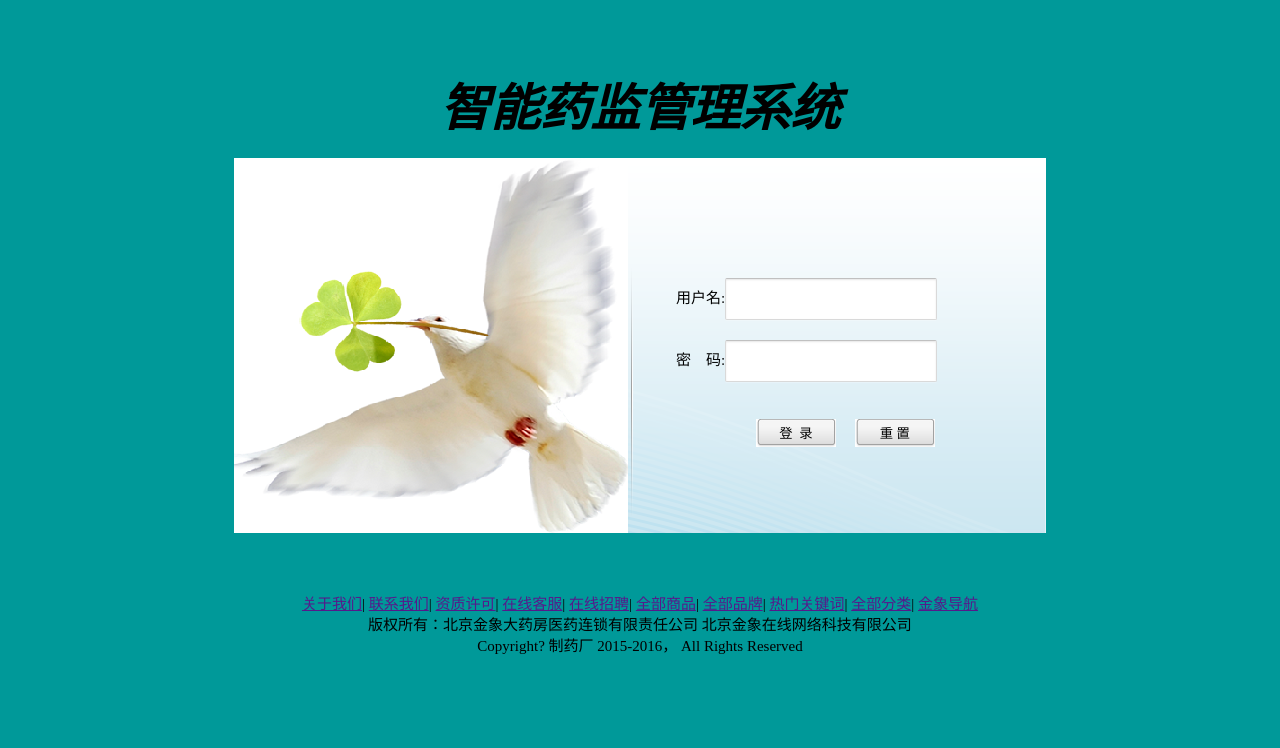
Repository: Shaoxubao/Java
Page: http://localhost/msm/login.jsp
These files come from the project's save history. The page is drawn as it stood at one moment and after the next save; the edit follows.
The browser window is 1280 px wide. The pictures show the whole page.
The page is served by Tomcat 9. Nobody is signed in. The application's start-up code is not run. Other server files are loaded and not shown.

Above is the page before, as saved 2015-06-17 12:01:07.

### msm/WebContent/login.jsp
<%@ page language="java" contentType="text/html; charset=UTF-8" pageEncoding="UTF-8"%>
<!DOCTYPE html PUBLIC "-//W3C//DTD HTML 4.01 Transitional//EN" "http://www.w3.org/TR/html4/loose.dtd">
<html>
<head>
<meta http-equiv="Content-Type" content="text/html; charset=UTF-8">
<link rel="stylesheet" href="css/authority/login_css.css" type="text/css" />
<title>智能药监管理系统</title>
<style type="text/css">
    h1 {font-family: Georgia;
        font-size:50px;
        font-style:oblique;}
</style>

</head>
<body>
    <h1 align="center" style="color:black"><br>智能药监管理系统</h1>
    <div id="login_area">
        <div id="login_box">
            <div id="login_form">
              <form method="post">
                  <div>
                                             用户名:<input type="text" name="username" class="username" id="name" /><br/>
                  </div>
                  <div>
                                             密&nbsp;&nbsp;&nbsp;&nbsp;码:<input type="password" name="password" class="pwd" id="pwd"/><br/>
                  </div>
                  <br>
                <!--    <div id="pos_area">
                                                                  身&nbsp;&nbsp;&nbsp;&nbsp;份:
                      <select style="width: 210px">
                          <option>管理员</option>
                          <option>检品登记</option>
                          <option>检品检验</option>
                          <option>质保科管理</option>
                          <option>后勤保障</option>
                          <option>科室主任</option>
                          <option>业务管理</option>
                          <option>受权签字人</option>
                          <option>校对管理</option>
                          <option>最终检验</option>
                          <option>报告打印</option>
                      </select>
                  </div>   -->

                  <div id="btn_area">
                     <input type="submit" class="login_btn" id="login_sub"  value="登  录">&nbsp;&nbsp;&nbsp;&nbsp;
                     <input type="reset" class="login_btn" id="login_ret" value="重 置">
                  </div>
              </form>
            </div>
        </div>
          <br><br>
           <div align="center" class="foot_last">
              <p class="ftnav">
                <a href="" target="_blank">关于我们</a>|
                   <a href="" target="_blank">联系我们</a>|
                  <a href="" target="_blank">资质许可</a>|
                  <a href="" target="_blank">在线客服</a>|
                  <a href="" target="_blank">在线招聘</a>|
                  <a href="" target="_blank">全部商品</a>|
                  <a href="" target="_blank">全部品牌</a>|
                  <a href="" target="_blank">热门关键词</a>|
                  <a href="" target="_blank">全部分类</a>|
                  <a href="" target="_blank">金象导航</a>
              </p>
              <p>版权所有：北京金象大药房医药连锁有限责任公司&nbsp;北京金象在线网络科技有限公司</p>
            <p>Copyright? 制药厂 2015-2016， All Rights Reserved</p>
          </div>
   </div>
</body>
</html>

### msm/WebContent/css/authority/login_css.css
@charset "UTF-8";

* {
  margin: 0;
  padding: 0;
  list-style: none;
}

html,body {
  background: #009999;
  font: normal 15px "Microsoft YaHei";
}

#login_area {
  width: 100%;
  height: 433px;
  position: absolute;
  top: 22%;
}

#login_box {
  margin: 0 auto;
  width: 812px;
  height: 400px;
  background: url('../../images/login/login2.png') 0px 0px no-repeat;
  position: relative;
}

#login_form {
  width: 360px;
  height: 490px;
  position: absolute;
  top: 100px;
  right: 10px;
}

#login_tip {
  height: 35px;
  list-style: 35px;
  font-weight: bold;
  color: red;
  padding-top: 15px;
  margin-top: 55px;
}

#pos_area {
  margin-top: 5px;
  margin-left: 0px;
}

#btn_area {
  margin-top: 20px;
  margin-left: 80px;
}

.username,.pwd {
  width: 200px;
  height: 30px;
  line-height: 30px;
  margin-top: 20px;
  outline: 0;
  padding: 5px;
  border: 1px solid;
  border-color: #C0C0C0 #D9D9D9 #D9D9D9;
  border-radius: 2px;
  background: #FFF;
  box-shadow: inset 0 1px 2px rgba(0, 0, 0, 0.1), 0 1px 0
    rgba(255, 255, 255, 0.2);
  -webkit-transition: box-shadow, border-color .5s ease-in-out;
  -moz-transition: box-shadow, border-color .5s ease-in-out;
  -o-transition: box-shadow, border-color .5s ease-in-out;
}

.login_btn {
  width: 80px;
  height: 30px;
  line-height: 30px;
  text-align: center;
  border-style: none;
  cursor: pointer;
  font-family: "Microsoft YaHei", "微软雅黑", "sans-serif";
  background: url('../../images/login/btn.jpg') 0px -1px no-repeat;
}

.login_btn:hover {
  width: 80px;
  height: 30px;
  line-height: 30px;
  text-align: center;
  border-style: none;
  cursor: pointer;
  font-family: "Microsoft YaHei", "微软雅黑", "sans-serif";
  background: url('../../images/login/btn_hover.jpg') 0px 0px no-repeat;
  color: #fff;
}

After the next save:
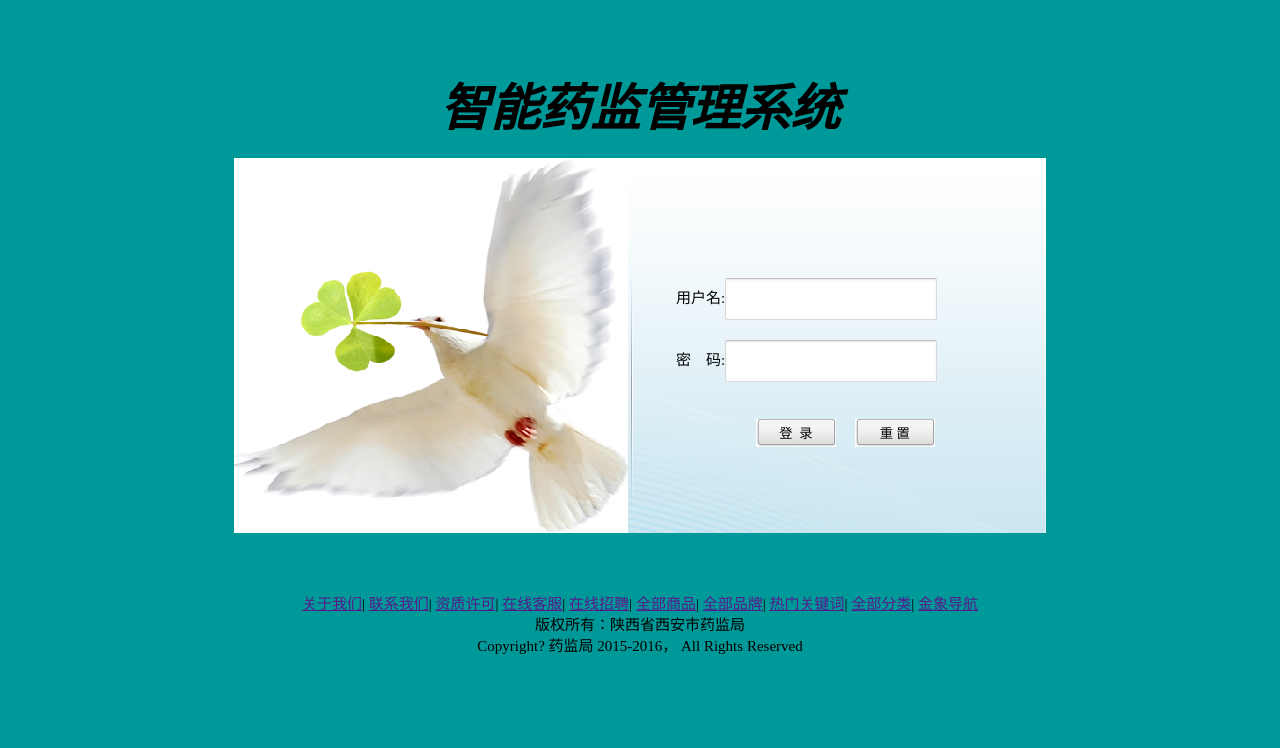
Saved 5 min 50 s later.
--- a/msm/WebContent/login.jsp
+++ b/msm/WebContent/login.jsp
@@ -63,8 +63,8 @@
                   <a href="" target="_blank">全部分类</a>|
                   <a href="" target="_blank">金象导航</a>
               </p>
-              <p>版权所有：北京金象大药房医药连锁有限责任公司&nbsp;北京金象在线网络科技有限公司</p>
-            <p>Copyright? 制药厂 2015-2016， All Rights Reserved</p>
+              <p>版权所有：陕西省西安市药监局</p>
+            <p>Copyright? 药监局 2015-2016， All Rights Reserved</p>
           </div>
    </div>
 </body>
